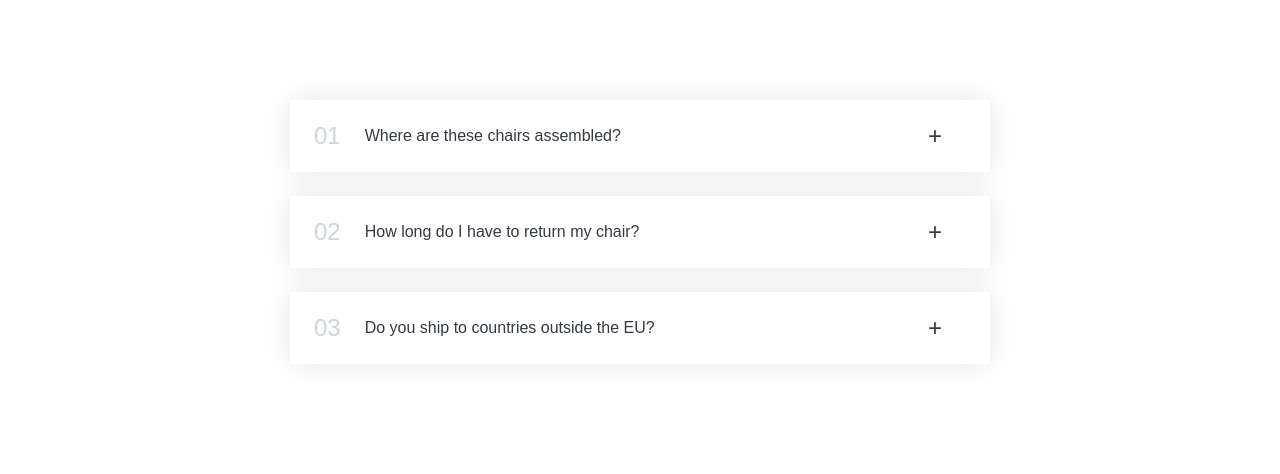
Repository: masamichan/accordion
Page: /
The author's editor kept a copy of each file at every save. The page is drawn from the files as they stood at one save, then again after a run of saves.
The browser window is 1280 px wide. The pictures show the whole page.
The project was rebuilt for these pictures with package versions that can differ from the ones it lists, and the page was loaded fresh each time.

Above is the page before, as saved 2024-01-22 19:38:07.

After the next 5 saves:
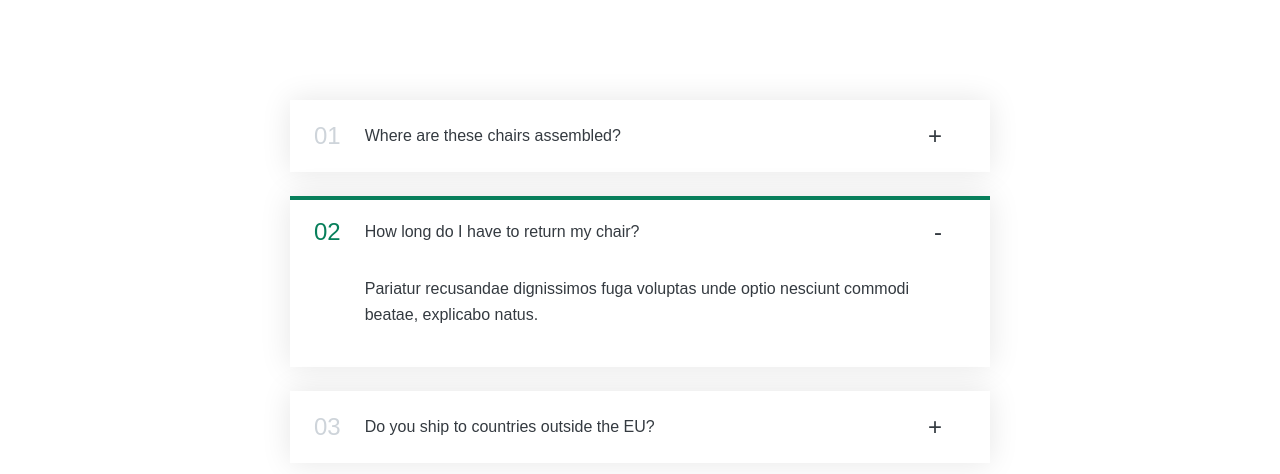
The 5 saves are shown as one change because 4 did not build or start.
The last was saved 16 h 58 min later.
--- a/src/App.js
+++ b/src/App.js
@@ -25,20 +25,28 @@
 }
 
 function Accordion({ data }) {
+  const [curOpen, setIsOpen] = useState(1);
   return (
     <div className="accordion">
       {data.map((el, i) => (
-        <AccordionItem title={el.title} text={el.text} num={i} key={i} />
+        <AccordionItem
+          curOpen={curOpen}
+          onOpen={setIsOpen}
+          title={el.title}
+          text={el.text}
+          num={i}
+          key={el.title}
+        />
       ))}
     </div>
   );
 }
 
-function AccordionItem({ num, title, text }) {
-  const [isOpen, setIsOpen] = useState(false);
+function AccordionItem({ num, title, text, curOpen, onOpen }) {
+  const isOpen = num === curOpen;
 
   function handleToggle() {
-    setIsOpen((isOpen) => !isOpen);
+    // setIsOpen((isOpen) => !isOpen);
   }
 
   return (

After the save that followed:
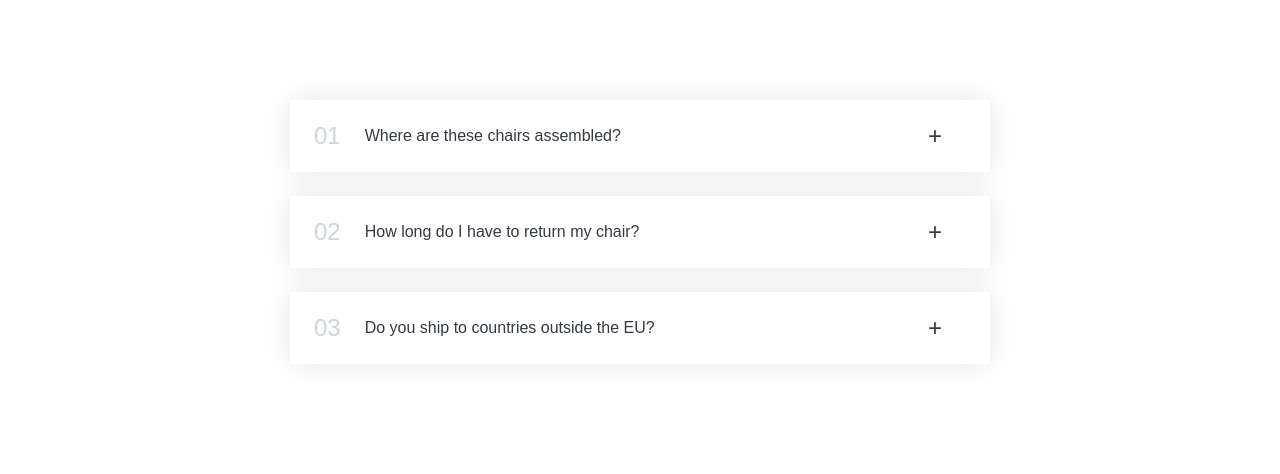
Saved 42 s later.
--- a/src/App.js
+++ b/src/App.js
@@ -25,7 +25,7 @@
 }
 
 function Accordion({ data }) {
-  const [curOpen, setIsOpen] = useState(1);
+  const [curOpen, setIsOpen] = useState(null);
   return (
     <div className="accordion">
       {data.map((el, i) => (
